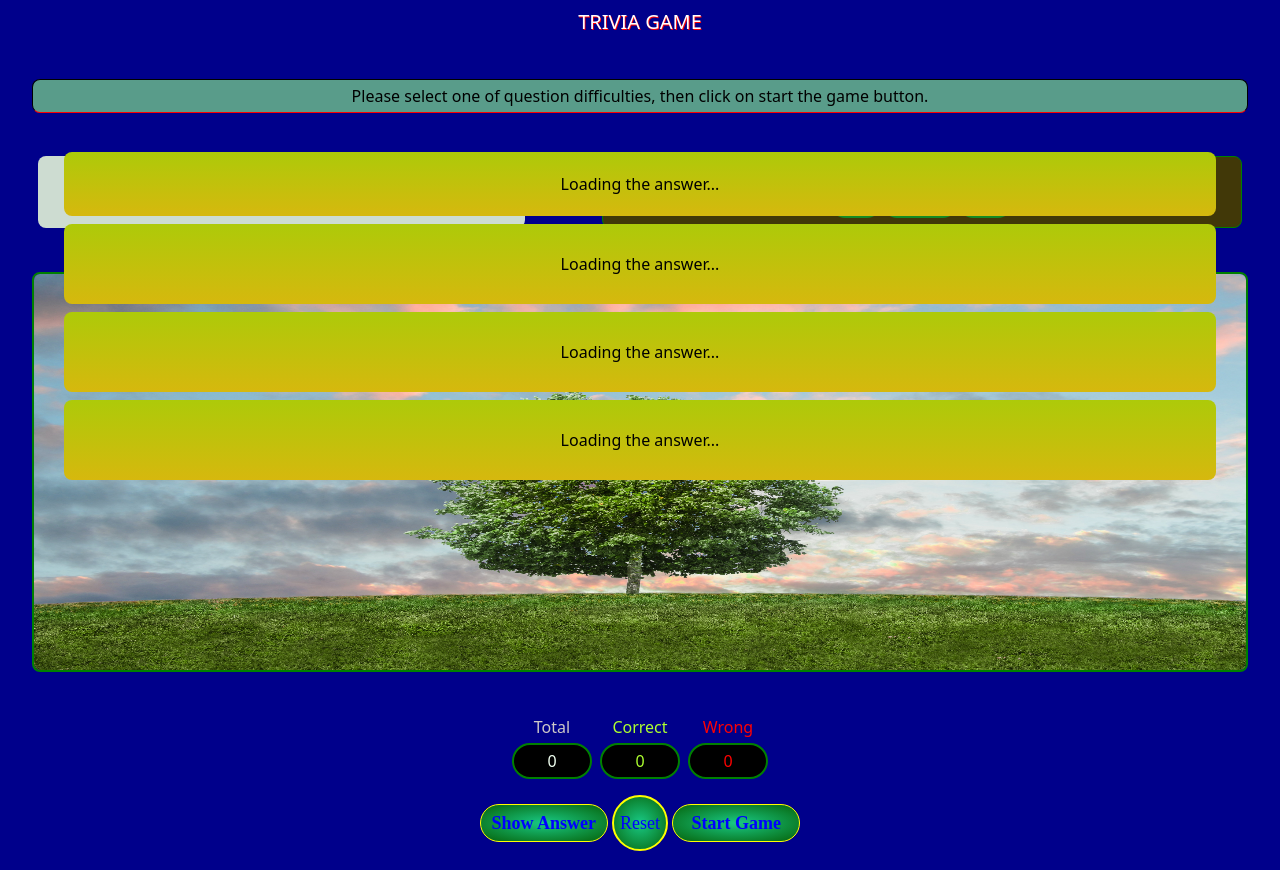
Repository: ShindanoSingi/bembe-trivia
Page: index.html
The author's editor kept a copy of each file at every save. The page is drawn from the files as they stood at one save, then again after the next save.
The browser window is 1280 px wide. The pictures show the whole page.
Some web libraries are served in a nearby version.

Above is the page before, as saved 2022-09-08 00:57:09.

### index.html
<!DOCTYPE html>
<html lang="en">

    <head>
        <meta charset="UTF-8">
        <meta http-equiv="X-UA-Compatible" content="IE=edge">
        <meta name="viewport" content="width=device-width, initial-scale=1.0">
        <link rel="stylesheet" href="style.css">
        <script src="https://cdn.tailwindcss.com"></script>
        <title>Trivia Game</title>
    </head>

    <body class="">
        <div class="containerBox max-h-[100vh] my-2 flex flex-col gap-[6vh]">
            <h1 class="text-center text-xl" >TRIVIA GAME</h1>
            <div class="questionBox text-center w-[95vw] px-2 h-[8rem] p-1 mx-auto rounded-lg">
                Please select one of question difficulties, then click on start the game button.
            </div>
            <div class="category-and-difficulty-container items-center justify-around flex">
                <div class="category-container w-[38vw] h-[4.5rem] bg-[#CDDCD1] flex items-center flex-col py-[0.3rem] rounded-lg">
                    <div class="labelCategory text-sm font-bold text-black">CATEGORY</div>
                    <div class="category text-sm text-center p-1 rounded-lg">
                        Loading category...
                    </div>
                </div>
                <div class="qDifficultyBox w-[50vw] pb-1 rounded-lg items-center flex h-[4.5rem] justify-around flex-col">
                        <div id="question" class="qCat text-sm">QUESTION DIFFICULTY</div>
                        <div class="difficulties-container flex gap-1">
                            <button class="difficulty px-1.5 text-sm rounded-full" id="easy">Easy</button>
                            <button class="difficulty px-1.5 rounded-full text-sm" id="medium">Medium</button>
                            <button class="difficulty px-1.5 text-sm rounded-full" id="hard">Hard</button>
                    </div>
                </div>
            </div>
            <div class="imgAndQuestions">
                <img class="w-[95vw] h-[25rem] mx-auto" src="pexels-skitterphoto-9198.jpg" alt="nature image">
                <div class="answersButtons absolute bottom-[15rem] ml-[5vw] flex space-y-2 items-center  flex-col">
                    <button class="showAnswer w-[90vw] p-1 absolute bottom-[17rem] mx-auto text-sm h-[5rem]">Loading the answer...</button>
                    <button class="response w-[90vw] p-1 text-center text-md h-[4rem]" id="response1">Loading the answer...</button>
                    <button class="response w-[90vw] p-1 text-md h-[5rem]" id="response2">Loading the answer...</button>
                    <button class="response w-[90vw] p-1 text-md h-[5rem]" id="response3">Loading the answer...</button>
                    <button class="response w-[90vw] p-1 text-md h-[5rem]" id="response4">Loading the answer...</button>
                    </div>
                </div>

            <div id="bottomPart" class="flex  mx-auto flex-col items-center gap-4">
                <div class="labelsAndButtons relative left-1 flex space-x-2">
                    <div class="question-number flex flex-col items-center">
                        <p class="labels pb-1" id="labelQ">Total</p>
                        <div class="bottombuttons w-[5rem] text-center py-1" id="questionNumber">0</div>
                    </div>
                    <div class="correct-answers flex flex-col items-center">
                        <p class="labels pb-1" id="labelC">Correct</p>
                        <div class="bottombuttons w-[5rem] text-center py-1" id="correct">0</div>
                    </div>
                    <div class="wrong-answers flex flex-col items-center">
                        <p class="labels pb-1" id="labelW">Wrong</p>
                        <div class="bottombuttons w-[5rem] text-center py-1" id="wrong">0</div>
                    </div>
                    <div class="timerQuestionCorrectWrong"></div>
                </div>
                <div class="threeBottomButtons">
                    <button class="w-[8rem] text-lg py-1" id="showAnswer">Show Answer</button>
                    <button class="reset text-lg p-1 w-[3.5rem] h-[3.5rem] rounded-full">Reset</button>
                    <button class="startGame text-lg w-[8rem] py-1">Start Game</button>
                </div>
            </div>
            </div>
        <script src="./script.js"></script>
    </body>
</html>

### style.css

/* iPhone 8 and smaller */

    /*  Set h1 text to red */
    h1 {
        color: #fff;
        text-shadow: 0.05rem 0.05rem red;
    }

    /* The box containing the question */
    .questionBox {
        color: rgb(0, 0, 0);
        border: 0.02rem solid;
        background-color: rgb(89, 156, 138);
        border-bottom-color: red;
    }

    /* Label for category */
    .labelCategory {
        color: white;
    }

    /* The show answer message box */
    .showAnswer {
        color: honeydew;
        visibility: hidden;
        border: 0.1rem solid green;
        border-radius: 0.5rem;
        background-color:rgb(2, 27, 3);
    }
    /*  Individual difficulty button */
    .difficulty {
        background-image: linear-gradient(rgb(16, 221, 142), rgb(4, 58, 7));
        border: 0.2rem solid rgb(21, 139, 35);
        color: white;
    }

    /*  Class containing all difficulty buttons */
    .difficulties-container {
        border-color: green;
    }
    /* The box containing difficulty buttons */
    .qDifficultyBox {
        border: 0.14vh solid green;
        background-color: rgb(65, 56, 8);
        color: white;
    }

    /* image */
    img {
        border: 0.15rem solid green;
        border-radius: 0.5rem;
    }
    /* all response buttons */
    .response {
        border-color: green;
        background-image: linear-gradient(rgb(173, 202, 9), rgb(214, 184, 14));
        color: black;
        border-radius: 0.5rem;
    }
    /* All response buttons */
    .response:hover {
        background-image: linear-gradient(rgb(32, 90, 165), rgb(72, 168, 192));
    }

    /* Show answer button */
    #showAnswer {
        color: blue;
        border: 0.54vh solid green;
        border: 0.27vh solid yellow;
        border-radius: 20rem;
        font-family: cursive;
        font-weight: bold;
        background-image: radial-gradient(rgb(25, 201, 133), rgb(6, 99, 10));
    }
    #showAnswer:hover {
        background-image: radial-gradient(rgb(201, 25, 25), rgb(93, 99, 6));
        color: white;
    }
    /* Start game button */
    .startGame {
        color: blue;
        border: 0.54vh solid green;
        border: 0.27vh solid yellow;
        border-radius: 20rem;
        font-family: cursive;
        font-weight: bold;
        background-image: radial-gradient(rgb(25, 201, 133), rgb(6, 99, 10));
    }
    /* Start game button */
    .startGame:hover {
        background-image: radial-gradient(rgb(201, 25, 25), rgb(93, 99, 6));
        color: white;
    }
    /* Reset button */
    .reset {
        color: blue;
        border: 0.5rem solid green;
        border: 0.15rem solid yellow;
        font-family: cursive;
        background-image: radial-gradient(rgb(25, 201, 133), rgb(6, 99, 10));
    }
    /* Reset button */
    .reset:hover {
        background-image: radial-gradient(rgb(201, 25, 25), rgb(93, 99, 6));
        color: white;
    }

    /* Class containing the 3 bottom labels  (total questions, correct answers and wrong answers) */
    .question-number {
        color: rgb(205, 200, 200);
    }

    .correct-answers {
        color: greenyellow;
    }

    .wrong-answers {
        color: red;
    }

    /* The bottom boxes for total question number, correct answers and wrong answers */
    .bottombuttons {
        border: 0.15rem solid green;
        background-color: black;
        color: honeydew;
        border-radius: 2rem;
    }

    /* Set the wrong anser to red */
    #wrong {
        color: rgb(255, 0, 0);
    }
    /* Set the correct anser to green */
    #correct {
        color: greenyellow;
    }

    /* Change the color when "easy" button is hovered over */
    #easy:hover {
        background-image: linear-gradient(rgb(202, 9, 9), rgb(214, 184, 14));
    }
    /* Change the color when "easy" button is hovered over */
    #medium:hover {
        background-image: linear-gradient(rgb(202, 9, 9), rgb(214, 184, 14));
    }
    /* Change the color when "easy" button is hovered over */
    #hard:hover {
        background-image: linear-gradient(rgb(202, 9, 9), rgb(214, 184, 14));
    }

    body {
      background-color: darkblue;
    }

### script.js
// Declaring variables

// Capture win window
let winWindow = document.querySelector('.win');

// Declae win reset button
let winResetButton = document.querySelector('.winReset');

// define lose reset button
let loseResetButton = document.querySelector('.loseReset');

// define lose window
let loseWindow = document.querySelector('.lose');

// define win image
let winImage = document.querySelector('.winImage')

// define a message if the payer loses the game
let loseMessage = document.querySelector('#losePar');

// define
let video = document.querySelector('#myVideo');

// Get Body content
let body = document.querySelector('body');

// This will hold category information
let category = document.querySelector('.category');

// This will hold the question
let question = document.querySelector('.questionBox');

// This is for all response buttons
let answerButtons = document.querySelector('.answersButtons');

// Define difficulty buttons
let difficultyButtons = document.querySelector('.difficulties-container');

// Define image
let image = document.querySelector('img');

// Define audio button
let audioButton = document.querySelector('.audio');

// Declaring individual difficulty buttons
let easyButton = document.querySelector('#easy');
let mediumButton = document.querySelector('#medium');
let hardButton = document.querySelector('#hard');

// This is for individual responses
let response1 = document.querySelector('#response1');
let response2 = document.querySelector('#response2');
let response3 = document.querySelector('#response3');
let response4 = document.querySelector('#response4');

// Define the total number of questions' box.
let totNumQuestionsBox = document.querySelector('#questionNumber');

// This will hold number of correct answers
let cAnswer = document.querySelector('#correct');

// This will hold number of wrong answers
let wAnswer = document.querySelector('#wrong');

// Define the "show answer" button
let showAnswerButton = document.querySelector('#showAnswer');

let corrAnswer;

// Create new audio objects
// Code source: https://www.w3schools.com/jsref/met_audio_play.asp
let audio = new Audio('general-logo-13395.mp3');

let questionscoreCount = 0;
let correctAnswerScoreCount = 0;
let wrongAnswerscoreCount = 0;
let scoreCount = 0;
let clear = '';
let difficulty = '';

// Set winning scoreCount
let winningscoreCount = 6;

let highscoreCount = 0;

let startGame = document.querySelector('.startGame');

// Takes the response from fetch
let triviaQuestion;

// Define a global url which will be accessed by multiple functions
let url;

// Array of all Images/jpg
// https://www.pexels.com/search/environment/
let arrayImages = [];
arrayImages.push('pexels-ákos-szabó-440731.jpg');
arrayImages.push('pexels-atikul-haque-rafat-679598.jpg');
arrayImages.push('pexels-felix-mittermeier-957024.jpg');
arrayImages.push('pexels-ian-turnell-709552.jpg');
arrayImages.push('pexels-karolina-grabowska-5750182.jpg');
arrayImages.push('pexels-mahima-1250260.jpg');
arrayImages.push('pexels-mali-maeder-142497.jpg');
arrayImages.push('pexels-matthias-cooper-580900.jpg');
arrayImages.push('pexels-min-an-1131458.jpg');
arrayImages.push('pexels-minamarie-michell-570041.jpg');
arrayImages.push('pexels-olya-kobruseva-5236397.jpg');
arrayImages.push('pexels-pixabay-33044.jpg');
arrayImages.push('pexels-pixabay-221012.jpg');
arrayImages.push('pexels-pixabay-235615.jpg');
arrayImages.push('pexels-pixabay-259280.jpg');
arrayImages.push('pexels-pixabay-302804.jpg');
arrayImages.push('pexels-pixabay-414090.jpg');
arrayImages.push('pexels-pixabay-459225.jpg');
arrayImages.push('pexels-pixabay-459225.jpg');
arrayImages.push('pexels-pixabay-460621.jpg');
arrayImages.push('pexels-scott-webb-1048033.jpg');
arrayImages.push('pexels-skitterphoto-9198.jpg');
arrayImages.push('pexels-sohail-na-807598.jpg');

// for correct and wrong answer song; source code:
// https://www.dreamstime.com/stock-music-sound-effect/wrong-answer-answer.html

// Reset the game when the "Reset" button is clicked
let resetButton = document.querySelector('.reset');
resetButton.addEventListener('click', () => {

    // Code source: https://www.w3schools.com/jsref/met_audio_play.asp
    audio.volume = 0.2;

    // Refresh the page/window
    window.location.reload();
});

// Assign color to all answer buttons and call "play" function
let startButton = () => {

    // Increament the score count.
    scoreCount++;

    // Select all responses buttons.
    let responses = document.querySelectorAll('.response');
    responses.forEach(response => {
        response.style.backgroundImage = 'linear-gradient(rgb(173, 202, 9), rgb(57, 14, 214));'
    })

    // When the "Start The Game" button is presNexted, Call "play" function
    play();
}

// Select difficulty buttons
difficultyButtons.addEventListener('click', e => {

    // Target the element/button by its id.
    difficulty = e.target.id;

    // Only change the color "easy" button is selected, then enable "Start The Game"
    if (difficulty === 'easy') {

        // Only change the background of "easy button" to a different color, and let other bottons'
        // colors unchanged.
        e.target.style.backgroundImage = 'linear-gradient(rgb(9, 25, 202), rgb(81, 14, 214))';
        mediumButton.style.backgroundImage = `linear-gradient(rgb(16, 221, 142), rgb(4, 58, 7))`;
        hardButton.style.backgroundImage = `linear-gradient(rgb(16, 221, 142), rgb(4, 58, 7))`;

        // Start the Game when "Start The Game" is clicked
        let startGame = document.querySelector('.startGame');
        startGame.addEventListener('click', () => {
            startButton();
        });
    }

    // Only change the color "medium" button is selected, then enable "Start The Game"
    else if (difficulty === 'medium') {

        // Only change the background of "medium button" to a different color, and let other bottons'
        // colors unchanged.
        e.target.style.backgroundImage = 'linear-gradient(rgb(9, 25, 202), rgb(81, 14, 214))';
        easyButton.style.backgroundImage = `linear-gradient(rgb(16, 221, 142), rgb(4, 58, 7))`;
        hardButton.style.backgroundImage = `linear-gradient(rgb(16, 221, 142), rgb(4, 58, 7))`;

        // Start the Game when "Start The Game" is clicked
        startGame.addEventListener('click', () => {
            startButton();
        });
    }

    // Only change the color "hard" button is selected, then enable "Start The Game"
    else if (difficulty === 'hard') {

        // Only change the background of "hard button" to a different color, and let other bottons'
        // colors unchanged.
        e.target.style.backgroundImage = 'linear-gradient(rgb(9, 25, 202), rgb(81, 14, 214))';
        mediumButton.style.backgroundImage = `linear-gradient(rgb(16, 221, 142), rgb(4, 58, 7))`;
        easyButton.style.backgroundImage = `linear-gradient(rgb(16, 221, 142), rgb(4, 58, 7))`;



        // Start the Game when "Start The Game" is clicked
        startGame.addEventListener('click', () => {
            startButton();
        });
    }

    // Return the value of the chosen difficulty button.
    return difficulty;
})



// Play the game when the start game button is click.
function play() {

    // Define and get a random number
    // Source: https://www.w3schools.com/jsref/jsref_random.asp
    let randomQuestion = Math.floor(Math.random() * 10 + 9);

    // Get the question from the API
    // Source: https://opentdb.com/api_config.php
    url = `https://opentdb.com/api.php?amount=50&difficulty=${difficulty}&type=multiple`

    // Define an empty array that will hold the correct answer and 3 wrong answers
    let arr = [];

    // fetch the the result for the above url.
    fetch(url)
        .then(res => {
            return res.json()
        })

        .then(res => {

            triviaQuestion = res;

            // Capture the correct from the response
            corrAnswer = res.results[0].correct_answer;

            arr.push(res.results[0].correct_answer);
            arr.push(res.results[0].incorrect_answers[0])
            arr.push(res.results[0].incorrect_answers[2])
            arr.push(res.results[0].incorrect_answers[1])

            category.innerHTML = res.results[0].category
            question.innerHTML = res.results[0].question

            // Assigning answers to answers buttons
            response1.innerHTML = arr[0];
            response2.innerHTML = arr[1];
            response3.innerHTML = arr[2];
            response4.innerHTML = arr[3];

            // Shuffling the array to avoid answers pattern.
            for (let i = arr.length - 1; i > 0; i--) {
                let j = Math.floor(Math.random() * (i + 1))

                let tempNum = arr[i];
                arr[i] = arr[j];
                arr[j] = tempNum;
            }
        })
}


// Track the clicking event of each answerButton
answerButtons.addEventListener('click', (event) => {

    // Check if the selected answer is equal to correct answer
    if (event.target.innerText === triviaQuestion.results[0].correct_answer) {

        // Increment total number of question
        scoreCount++;

        // Increament the the number of correct answers.
        correctAnswerScoreCount++;

        // Write the correct answer in the correct answer box
        cAnswer.innerText = correctAnswerScoreCount;

        for (let i = arrayImages.length - 1; i > 0; i--) {
            let j = Math.floor(Math.random() * (i + 1))

            let tempNum = arrayImages[i];
            arrayImages[i] = arrayImages[j];
            arrayImages[j] = tempNum;
        }

        // Play a random video
        image.src = arrayImages[1];

        // Set the background of the correct answer to green
        event.target.style.backgroundImage = `linear-gradient(rgb(0, 255, 106),
        rgb(9, 106, 28))`;

        // Call the next question
        nextQuestion()
    }

    // Check if the selected answer is not equal to the correct answer
    else if (event.target.innerText !== triviaQuestion.results[0].correct_answer) {

        // Play this audio if the answer is incorrect
        let audioWrongAnswer = new Audio('wrongAnswer.mp3');


        for (let i = arrayImages.length - 1; i > 0; i--) {
            let j = Math.floor(Math.random() * (i + 1))

            let tempNum = arrayImages[i];
            arrayImages[i] = arrayImages[j];
            arrayImages[j] = tempNum;
        }

        // Play a random video
        image.src = arrayImages[0];

        // Incremment scoreCount
        scoreCount++;

        // Increament the the number of incorrect answers.
        wrongAnswerscoreCount++;

        // Set the background of the correct answer to red
        event.target.style.backgroundImage = 'linear-gradient(rgb(220, 7, 7), #fa0a0a)';

        // Write the incorrect answer in the wrong answer box
        wAnswer.innerHTML = wrongAnswerscoreCount;
    }

    // Call the next question
    nextQuestion();
})

// Refresh the window reset all numbers to 0 and all texts to empty.
function refreshWindow() {
    window.location.reload()
}

// This function runs when the player calls for the next question.
function nextQuestion() {


    // Source: https://www.w3schools.com/jsref/jsref_random.asp
    let randomQuestions = Math.floor(Math.random() * 10 + 9);

    let urlNext = `https://opentdb.com/api.php?amount=1&category=${randomQuestions}&type=multiple`

    let arrNext = [];

    fetch(urlNext)
        .then(resNext => {
            return resNext.json()
        })

        .then(resNext => {

            // Capture the correct from the response
            corrAnswer = resNext.results[0].correct_answer;

            // Assign the response from fetch to triviaQuestion
            triviaQuestion = resNext;

            arrNext.push(resNext.results[0].correct_answer);
            arrNext.push(resNext.results[0].incorrect_answers[0])
            arrNext.push(resNext.results[0].incorrect_answers[2])
            arrNext.push(resNext.results[0].incorrect_answers[1])

            // Shuffling the array to avoid answers pattern.
            // source: https://www.geeksforgeeks.org/how-to-shuffle-an-array-using-javascript/

            for (let i = arrNext.length - 1; i > 0; i--) {
                let j = Math.floor(Math.random() * (i + 1))

                let tempNums = arrNext[i];
                arrNext[i] = arrNext[j];
                arrNext[j] = tempNums;
            }

            // Assigning original coloanswers to answers buttons
            response1.innerHTML = arrNext[0];
            response1.style.backgroundImage = 'linear-gradient(rgb(173, 202, 9), rgb(57, 14, 214))'

            response2.innerHTML = arrNext[1];
            response2.style.backgroundImage = 'linear-gradient(rgb(173, 202, 9), rgb(57, 14, 214))'

            response3.innerHTML = arrNext[2];
            response3.style.backgroundImage = 'linear-gradient(rgb(173, 202, 9), rgb(57, 14, 214))'

            response4.innerHTML = arrNext[3];
            response4.style.backgroundImage = 'linear-gradient(rgb(173, 202, 9), rgb(57, 14, 214))'

            category.innerHTML = resNext.results[0].category
            question.innerHTML = resNext.results[0].question

            console.log(resNext.results[0])

        })
}

// Display the answer if the "show Andwer" button is clicked for 1 second, then hide the answer.
showAnswerButton.addEventListener('click', () => {
    let answerBox = document.querySelector('.showAnswer');

    setTimeout(function () {
        answerBox.style.visibility = 'visible';
        answerBox.style.zIndex = '100';

        answerBox.innerHTML = corrAnswer;
        //Hide the answer
        setTimeout(function () {
            answerBox.style.visibility = 'hidden';

        }, 1000)
    }, 1000)

    if (answerBox.innerHTML === 'undefined') {
        answerBox.innerHTML = "Loading the answer...";
    }
    else {
        answerBox.innerHTML = "Loading the answer...";
    }
})

After the next save:
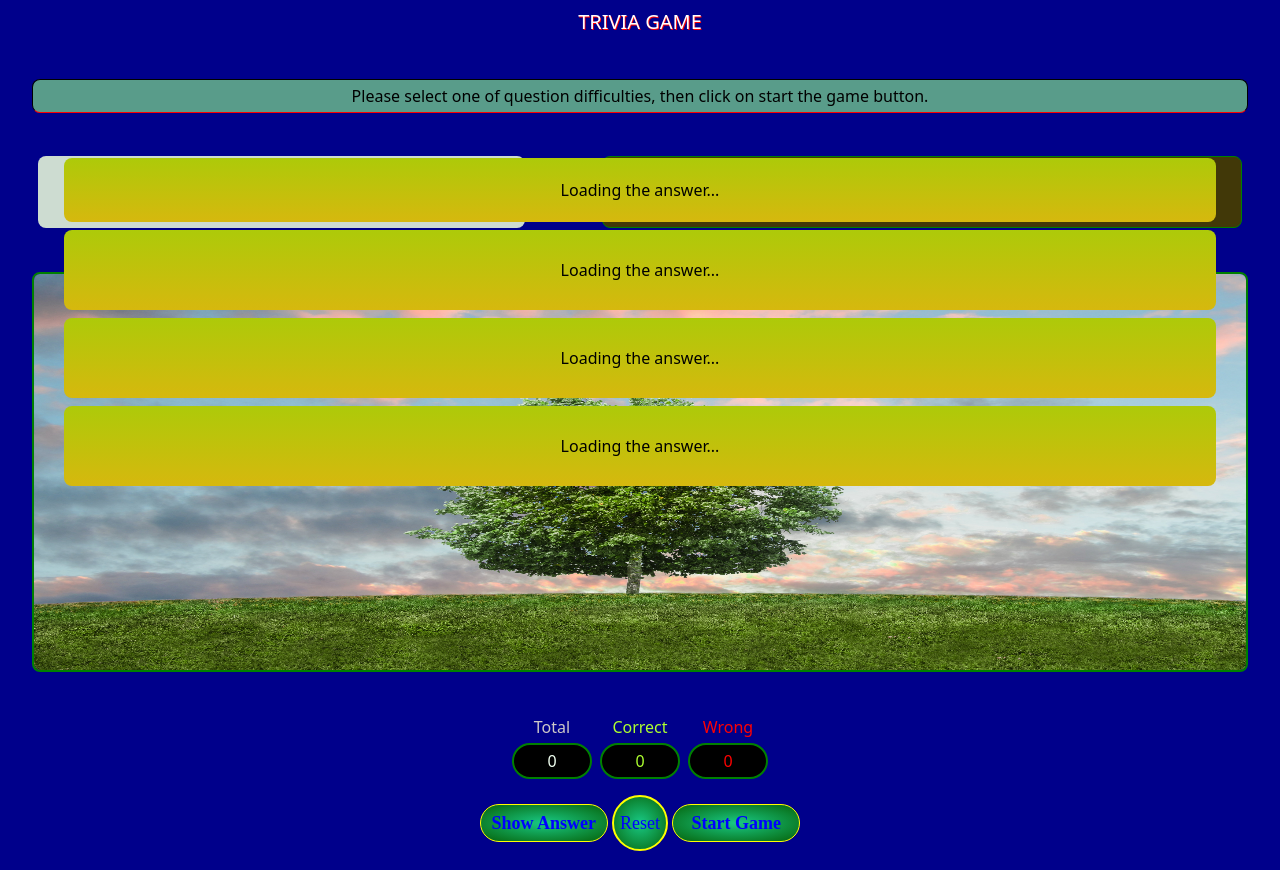
Saved 6 s later.
--- a/index.html
+++ b/index.html
@@ -34,7 +34,7 @@
             </div>
             <div class="imgAndQuestions">
                 <img class="w-[95vw] h-[25rem] mx-auto" src="pexels-skitterphoto-9198.jpg" alt="nature image">
-                <div class="answersButtons absolute bottom-[15rem] ml-[5vw] flex space-y-2 items-center  flex-col">
+                <div class="answersButtons absolute bottom-[14.6rem] ml-[5vw] flex space-y-2 items-center  flex-col">
                     <button class="showAnswer w-[90vw] p-1 absolute bottom-[17rem] mx-auto text-sm h-[5rem]">Loading the answer...</button>
                     <button class="response w-[90vw] p-1 text-center text-md h-[4rem]" id="response1">Loading the answer...</button>
                     <button class="response w-[90vw] p-1 text-md h-[5rem]" id="response2">Loading the answer...</button>
